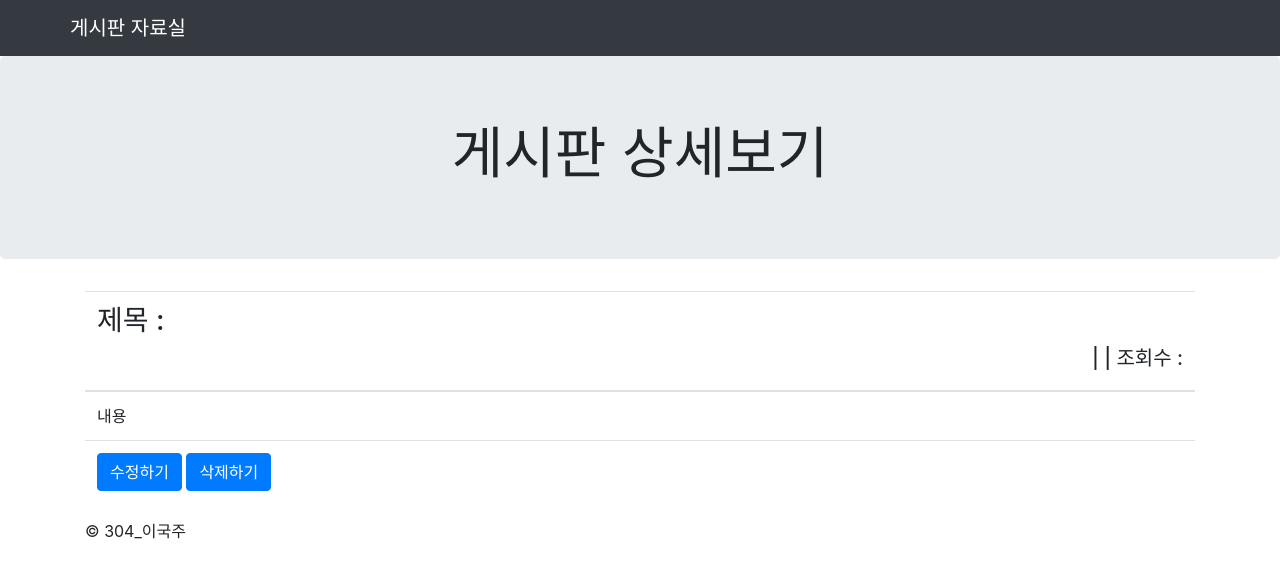
Repository: LeeKukJu/JSP-Study
Page: http://localhost/JSPBook/ch11/totaltest/boardView.jsp?id=isDNEt
An editor plug-in stored every save of this project. The page is shown before and after the next save, followed by the edit.
The browser window is 1280 px wide. The pictures show the whole page.
The page is served by Tomcat 9. Nobody is signed in. The application's start-up code is not run.

Above is the page before, as saved 2023-02-03 12:31:53.

After the next save:
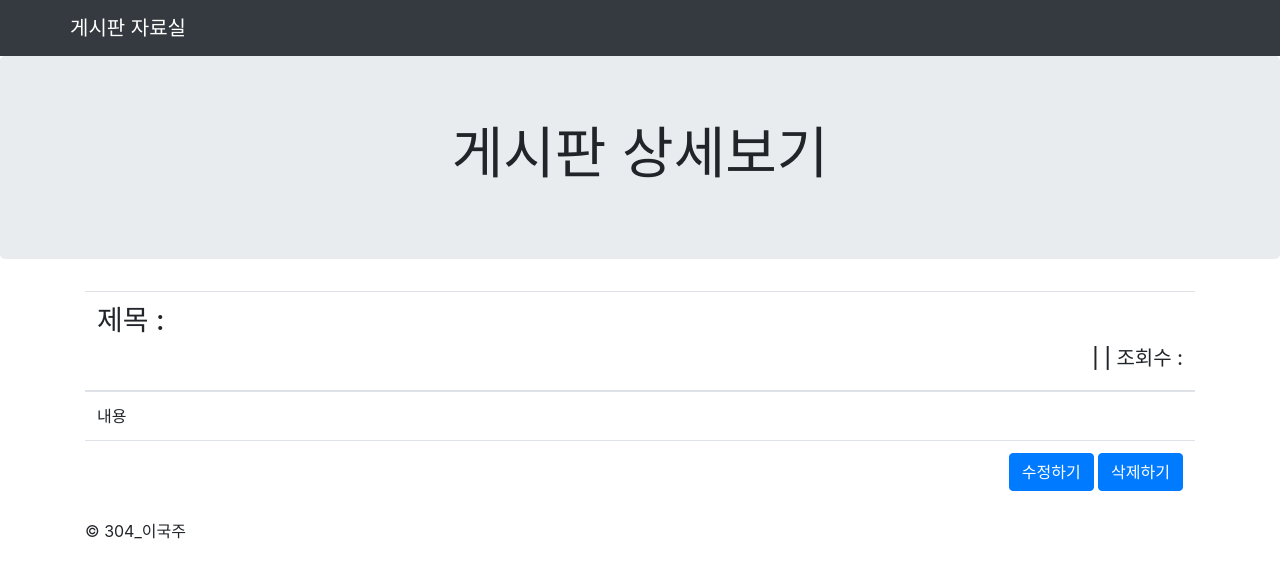
Saved 25 s later.
--- a/JSPBook/WebContent/ch11/totaltest/boardView.jsp
+++ b/JSPBook/WebContent/ch11/totaltest/boardView.jsp
@@ -65,7 +65,7 @@
 						<td>내용</td>
 					</tr>
 					<tr>
-						<td>
+						<td align="right">
 							<a class="btn btn-primary" href="#" role="button">수정하기</a>
 							<a class="btn btn-primary" href="#" role="button">삭제하기</a>
 						</td>
